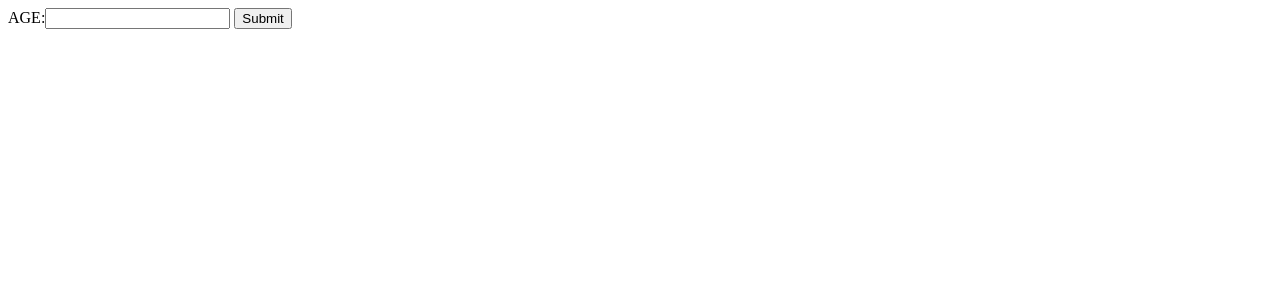
Repository: Rakshithrath24/MuleProjects
Page: votervalidation/src/main/resources/Validate.html
These files come from the project's save history. The page is drawn as it stood at one moment and after the next save; the edit follows.
The browser window is 1280 px wide. The pictures show the whole page.

Above is the page before, as saved 2018-01-29 06:45:44.

After the next save:
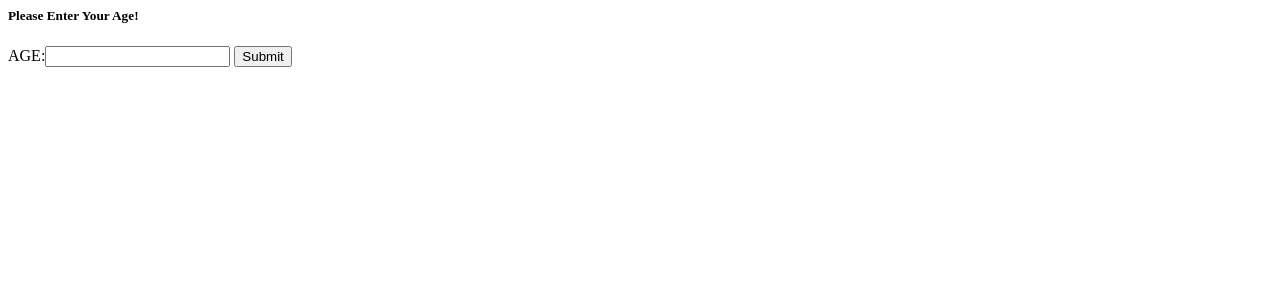
Saved 2 min 38 s later.
--- a/votervalidation/src/main/resources/Validate.html
+++ b/votervalidation/src/main/resources/Validate.html
@@ -4,6 +4,7 @@
 	<head>
 	<body>
 		<form action="/validateUser" method="GET">
+			<h5>Please Enter Your Age!</h5>
 			AGE:<input type="number" name="age">
 			<input type="submit" value="Submit">
 		</form>
